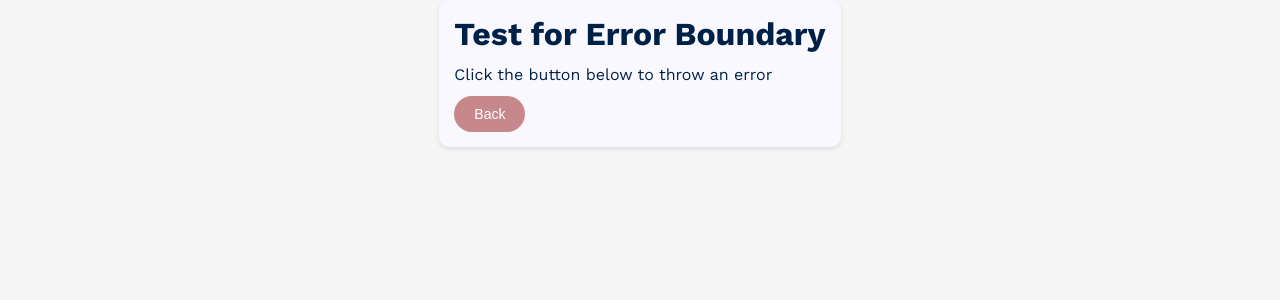
Repository: blessingpeters/myGithub
Page: /errortestpage
An editor plug-in stored every save of this project. The page is shown before and after the next save, followed by the edit.
The browser window is 1280 px wide. The pictures show the whole page.
The project was rebuilt for these pictures with package versions that can differ from the ones it lists, and the page was loaded fresh each time. Also part of the build but not shown: src/components/Pagination.jsx, src/components/Repos.jsx, src/components/GithubProfile.jsx, src/components/Nav.jsx, src/pages/Home.jsx, src/pages/RepoPage.jsx, src/pages/NotFound.jsx, src/components/ErrorFallback.jsx.

Above is the page before, as saved 2022-11-02 19:36:31.

### src/index.css
@import url('https://fonts.googleapis.com/css2?family=Work+Sans:ital,wght@0,200;0,400;0,500;0,700;1,200;1,400;1,500;1,700&display=swap');
*{
  margin: 0;
  padding: 0;
  box-sizing: border-box;
}
body{
  background: #F5F5F5;
  font-family: 'Work Sans', sans-serif;
}
a {
  text-decoration: none;
}
ul {
  list-style: none;
}
nav{
  margin: 2% 0;
  align-items: center;
}
button {
  border: none;
  background: none;
  cursor: pointer;
}
.container{
  width: 100%;
  max-width: 1300px;
  margin: 0 auto;
  padding: 0 2%;
}
.flex{
  display: flex;
  /* flex-wrap: wrap; */
  justify-content: space-between;
}

.menu {
  color: #002147;
  margin-left:  25px ;
}
#left{
  flex:7;
}
.repo-container {
  display: grid;
  grid-template-columns: repeat(2, 1fr);
  grid-template-rows: repeat(2, 350px);
  grid-gap: 20px;
}
.repo {
  border-radius: 10px;
  background-color: #FAF8FF;
  padding: 15px;
  color: #002147;
  box-shadow: 0 2px 5px rgba(0, 0, 0, 0.1);
  flex-direction: column;
}
.repo-items{
  color: #fff;
  align-items: center;
  font-size: 14px ;
  border-radius: 20px;
  padding: 5px 10px ;
}
.repo-items p{
 margin: 0 5px;
}
.repo-items:nth-child(2n +1){
  background-color: rgba(0, 125, 86, 1);
}
.repo-items:nth-child(2n +2){
  background-color:rgba(127, 215, 123, 1);
}
.repo-items:nth-child(2n +3){
  background-color: rgba(163, 62, 61, 0.6);
}

.repo-items:nth-child(2n +4){
  background-color:rgba(0, 33, 71, 1);
}
.repo-page {
  flex-direction: column;
  display: flex;
  justify-content: center;
  align-items: center;
  /* margin: 20px 0; */
}
.repo-page p, .repo-page a{
  margin: 12px 0;
}
.repo-page button {
  padding: 10px 20px;

}


#right{
  flex:3;
  background-color: #002147;
  padding: 20px;
  color: #F1F1E6;
  border-radius: 10px;
  margin-left: 20px;
  box-shadow: 0 2px 5px rgba(0, 0, 0, 0.5);
}
.profile-img{
  width: 100%;
  /* height: 300px; */
  object-fit: cover;
  border-radius: 10px;
}
.profile-details-cont {
  flex-direction: column;
  margin: 20px 0;
}
.profile-details-cont h2{
  color: #70FACB;
}
.profile-details-cont p{
  margin: 5px 0;
}

.profile-details{
  display: flex;
  align-items: center;
  margin: 12px 0;
}
.profile-details p , .profile-details a{
  margin-left: 10px;
  color: #fff;
}

.pagination {
  display: flex;
  justify-content: center;
  align-items: center;
  gap: 12px;
  margin: 30px 0;
}

.pagination-num {
  display: flex;
  justify-content: center;
  align-items: center;
  gap: 12px;
}

.pagination-child,
.prev,
.next {
  opacity: 1;
  border: 1px solid #A33E3D;
  padding: 8px 10px;
  cursor: pointer;
  border-radius: 7px;
  transition: all 0.3s ease;
  color: #A33E3D;
}
.prev, .next {
  display: flex;
  align-items: center;
}
.prev p, .next p {
  margin: 0 10px;
}

.pagination-child:hover,
.prev:hover,
.next:hover {
  transform: scale(1.07);
}

.disabled {
  display: flex;
  align-items: center;
  opacity: 0.05;
  cursor: not-allowed;
}


@media (max-width: 990px){
  .container {
    padding: 0 5%;
    max-width: 900px;
  }
  .repo-container {
    grid-template-columns:  1fr;
    grid-template-rows: repeat(4, 350px);
  }
  #right{
    flex: 1;

  }
  #left{
    flex: 1;
  }

}

@media (max-width: 768px){
  .container {
    padding: 0 5%;
    max-width: 500px;
  }
  nav {
    justify-content: center;
  }
  .menu {

    margin-left: 7px ;
  }
  .main{
    flex-direction: column-reverse;
  }

  #right{
    flex:3;
    background-color: #002147;
    padding: 20px;
    color: #F1F1E6;
    border-radius: 10px;
    margin: 20px 0;
    box-shadow: 0 2px 5px rgba(0, 0, 0, 0.5);
  }

}

### src/App.js
import { BrowserRouter as Router, Routes, Route, Navigate } from "react-router-dom";
import Home from "./pages/Home"
import RepoPage from "./pages/RepoPage";
import NotFound from "./pages/NotFound";
import ErrorTestPage from "./pages/ErrorTestPage"


function App() {
  return (
    <Router>
      <Routes>
        <Route path="/" element={<Home />}>
          <Route path="/repo/:id" element={<RepoPage/>} />
        </Route>
        <Route path="/errortestpage" element={<ErrorTestPage />}/>
        <Route path="/not-found" element={<NotFound />} />
        <Route path="*" element={<Navigate to="/not-found" />} />
      </Routes>
    </Router>
  );
}

export default App;

### src/pages/ErrorTestPage.jsx
import React from 'react';
import { ErrorBoundary } from 'react-error-boundary'
//IMPORTANT: The ErrorBoundary component must be placed at the top of the component tree. If you place it in the middle of the tree, it will not catch errors from its children.
import ErrorFallback from "../components/ErrorFallback";
import { useNavigate } from "react-router-dom";

// function ErrorFallback({ error }) {
//     return (
//       <div role="alert">
//         <p>Something went wrong:</p>
//         <pre style={{ color: 'red' }}>{error.message}</pre>
//       </div>
//     )
// }

function ErrorTest (){
    const navigate = useNavigate()

    const goBack = (e)=>{
      e.preventDefault()
      navigate("/")
    }
    return (
        <ErrorBoundary FallbackComponent={ErrorFallback}>
            <div className='repo-page'>
                <div className='repo'>
                    <h1>Test for Error Boundary</h1>
                    <p>Click the button below to throw an error</p>
                    <button className="repo-items onClick={() => {
                        throw new Error('Error thrown from button click')
                        }}>Throw error</button>

                    <button " onClick={goBack}>Back</button>
                </div>



            </div>
        </ErrorBoundary>
    )
}
export default ErrorTest

Loaded but not shown: public/index.html (common file); src/index.js (common file); src/reportWebVitals.js (common file)

After the next save:
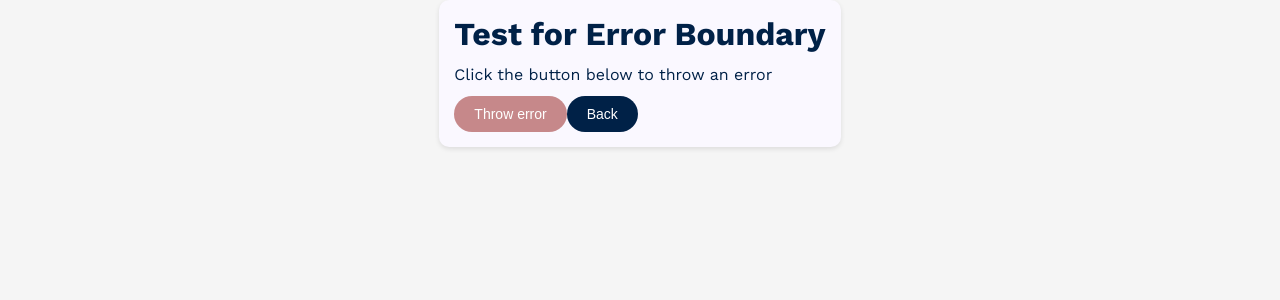
Saved 20 s later.
--- a/src/pages/ErrorTestPage.jsx
+++ b/src/pages/ErrorTestPage.jsx
@@ -26,11 +26,11 @@ function ErrorTest (){
                 <div className='repo'>
                     <h1>Test for Error Boundary</h1>
                     <p>Click the button below to throw an error</p>
-                    <button className="repo-items onClick={() => {
+                    <button className="repo-items" onClick={() => {
                         throw new Error('Error thrown from button click')
                         }}>Throw error</button>
 
-                    <button " onClick={goBack}>Back</button>
+                    <button className="repo-items" onClick={goBack}>Back</button>
                 </div>
 
 
